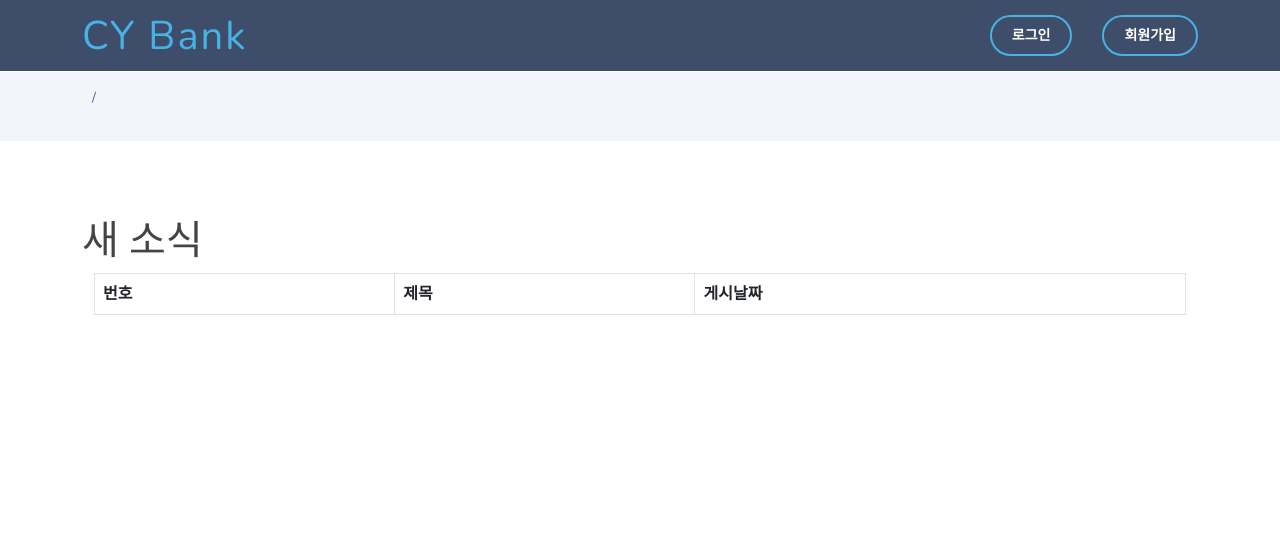
Repository: scy0814/Spring
Page: http://localhost/CYBank/jsp/notice/Notice.jsp
The author's editor kept a copy of each file at every save. The page is drawn from the files as they stood at one save, then again after the next save.
The browser window is 1280 px wide. The pictures show the whole page.
The page is served by Tomcat 9. Other server files are loaded and not shown.

Above is the page before, as saved 2023-06-26 13:04:22.

### CYBank/src/main/webapp/jsp/notice/Notice.jsp
<%@ page language="java" contentType="text/html; charset=UTF-8"
    pageEncoding="UTF-8"%>
    <%@ taglib uri="http://java.sun.com/jsp/jstl/core" prefix="c"%>
<!DOCTYPE html>
<html>
<head>
<meta charset="UTF-8">

 <!-- Favicons -->
  <link href="assets/img/favicon.png" rel="icon">
  <link href="assets/img/apple-touch-icon.png" rel="apple-touch-icon">

  <!-- Google Fonts -->
  <link href="https://fonts.googleapis.com/css?family=Open+Sans:300,300i,400,400i,600,600i,700,700i|Nunito:300,300i,400,400i,600,600i,700,700i|Poppins:300,300i,400,400i,500,500i,600,600i,700,700i" rel="stylesheet">

  <!-- Vendor CSS Files -->
  <link href="/CYBank/css/vendor/aos/aos.css" rel="stylesheet">
  <link href="/CYBank/css/vendor/bootstrap/css/bootstrap.min.css" rel="stylesheet">
  <link href="/CYBank/css/vendor/bootstrap-icons/bootstrap-icons.css" rel="stylesheet">
  <link href="/CYBank/css/vendor/glightbox/css/glightbox.min.css" rel="stylesheet">
  <link href="/CYBank/css/vendor/remixicon/remixicon.css" rel="stylesheet">
  <link href="/CYBank/css/vendor/swiper/swiper-bundle.min.css" rel="stylesheet">

  <!-- Template Main CSS File -->
  <link href="/CYBank/css/css/style.css" rel="stylesheet">
<title>Insert title here</title>

</head>

<body>
<header>
<jsp:include page="/jsp/include/header.jsp" />
</header>
 <section id="breadcrumbs" class="breadcrumbs">
      <div class="container">

        <ol>
          <li><a href="index.html"></a></li>
          <li></li>
        </ol>
        <h2></h2>

      </div>
    </section><!-- End Breadcrumbs -->

    <section class="inner-page">
      <div class="container">
        <p>



<h1 class="new" >새 소식</h1>
 <div class="container">
        <table class="table table-striped table-bordered">
            <thead class="thead-light">
                <tr>
                    <th>번호</th>
                    <th>제목</th>
                    <th>게시날짜</th>
                </tr>
            </thead>
            <tbody>
                <c:forEach var="notice" items="${noticeList}">
                    <tr>
                        <td>${notice.n_no}</td>
                        <td><a href="${pageContext.request.contextPath}/getNotice.do?n_no=${notice.n_no}">${notice.n_title}</a></td>
                        <td>${notice.n_date}</td>
                    </tr>
                </c:forEach>
            </tbody>
        </table>
        <br/>
    </div>
    </div>
    </section>
     <!-- Vendor JS Files -->
  <script src="/CYBank/css/vendor/purecounter/purecounter_vanilla.js"></script>
  <script src="/CYBank/css/vendor/aos/aos.js"></script>
  <script src="/CYBank/css/vendor/bootstrap/js/bootstrap.bundle.min.js"></script>
  <script src="/CYBank/css/vendor/glightbox/js/glightbox.min.js"></script>
  <script src="/CYBank/css/vendor/isotope-layout/isotope.pkgd.min.js"></script>
  <script src="/CYBank/css/vendor/swiper/swiper-bundle.min.js"></script>
  <script src="/CYBank/css/vendor/php-email-form/validate.js"></script>

  <!-- Template Main JS File -->
  <script src="/CYBank/css/js/main.js"></script>
</body>
</html>

### CYBank/src/main/webapp/jsp/include/header.jsp
<%@ page language="java" contentType="text/html; charset=UTF-8"
    pageEncoding="UTF-8"%>
    <%@ taglib prefix="c" uri="http://java.sun.com/jsp/jstl/core"%>
<!DOCTYPE html>
<html>
<head>
<meta charset="UTF-8">
 <!-- Favicons -->
  <link href="assets/img/favicon.png" rel="icon">
  <link href="assets/img/apple-touch-icon.png" rel="apple-touch-icon">


  <!-- Google Fonts -->
  <link href="https://fonts.googleapis.com/css?family=Open+Sans:300,300i,400,400i,600,600i,700,700i|Nunito:300,300i,400,400i,600,600i,700,700i|Poppins:300,300i,400,400i,500,500i,600,600i,700,700i" rel="stylesheet">

  <!-- Vendor CSS Files -->
  <link href="/CYBank/css/vendor/aos/aos.css" rel="stylesheet">
  <link href="/CYBank/css/vendor/bootstrap/css/bootstrap.min.css" rel="stylesheet">
  <link href="/CYBank/css/vendor/bootstrap-icons/bootstrap-icons.css" rel="stylesheet">
  <link href="/CYBank/css/vendor/glightbox/css/glightbox.min.css" rel="stylesheet">
  <link href="/CYBank/css/vendor/remixicon/remixicon.css" rel="stylesheet">
  <link href="/CYBank/css/vendor/swiper/swiper-bundle.min.css" rel="stylesheet">

  <!-- Template Main CSS File -->
  <link href="/CYBank/css/css/style.css" rel="stylesheet">
  <style>
  .fixed-top {
    position: fixed;
    z-index: 1030;
    background: #283a5ae6;
    top: 0;
    right: 0;
    left: 0;
}
  </style>

<title>Insert title here</title>
</head>
<body>
<!-- ======= Header ======= -->
  <header id="header" class="header fixed-top">
    <div class="container-fluid container-xl d-flex align-items-center justify-content-between">

      <a href="index.jsp" class="logo d-flex align-items-center">
        <span class="cybank">CY Bank</span>
      </a>
		<c:set var="isLogin" value="${empty user }" />
      <nav id="navbar" class="navbar">
        <ul>
        <c:if test="${not empty user}">
          <li><a class="nav-link scrollto active" href="index.jsp">홈</a></li>
          <li><a class="nav-link scrollto" href="${pageContext.request.contextPath }/noticeList.do">공지사항</a></li>
          <li><a class="nav-link scrollto" href="#about">오픈뱅킹</a></li>
           <li class="dropdown"><a href="${pageContext.request.contextPath }/account.do"><span>계좌</span> <i class="bi bi-chevron-down"></i></a>
            <ul>
              <li><a href="${pageContext.request.contextPath}/account.do">나의 계좌</a></li>
              <li><a href="${pageContext.request.contextPath}/createAccount.do">계좌 개설</a></li>
              <li><a href="${pageContext.request.contextPath}/transactionHistory.do">입출금 내역</a></li>
              <li><a href="${pageContext.request.contextPath}/closeAccount.do">계좌 해지</a></li>
            </ul>
          </li>
          <li><a class="nav-link scrollto" href="${pageContext.request.contextPath }/myPage.do">마이페이지</a></li>
          <li><a class="nav-link scrollto" href="${pageContext.request.contextPath }/customerCenter.do">고객센터</a></li>
          <li><a class="nav-link scrollto" href="${pageContext.request.contextPath }/logout.do">로그아웃</a></li>
          </c:if>
		<c:if test="${empty user}">
          <li><a class="getstarted scrollto" href="${pageContext.request.contextPath }/login.do">로그인</a></li>
          <li><a class="getstarted scrollto" href="${pageContext.request.contextPath }/signup.do">회원가입</a></li>
          </c:if>
        </ul>
        <i class="bi bi-list mobile-nav-toggle"></i>
      </nav><!-- .navbar -->

    </div>
  </header><!-- End Header -->
  <!-- Vendor JS Files -->
  <script src="/CYBank/css/vendor/purecounter/purecounter_vanilla.js"></script>
  <script src="/CYBank/css/vendor/aos/aos.js"></script>
  <script src="/CYBank/css/vendor/bootstrap/js/bootstrap.bundle.min.js"></script>
  <script src="/CYBank/css/vendor/glightbox/js/glightbox.min.js"></script>
  <script src="/CYBank/css/vendor/isotope-layout/isotope.pkgd.min.js"></script>
  <script src="/CYBank/css/vendor/swiper/swiper-bundle.min.js"></script>
  <script src="/CYBank/css/vendor/php-email-form/validate.js"></script>

  <!-- Template Main JS File -->
  <script src="/CYBank/css/js/main.js"></script>

</body>
</html>

Loaded but not shown: CYBank/src/main/webapp/css/js/main.js (258 lines, source omitted); CYBank/src/main/webapp/css/css/style.css (1830 lines, source omitted)

After the next save:
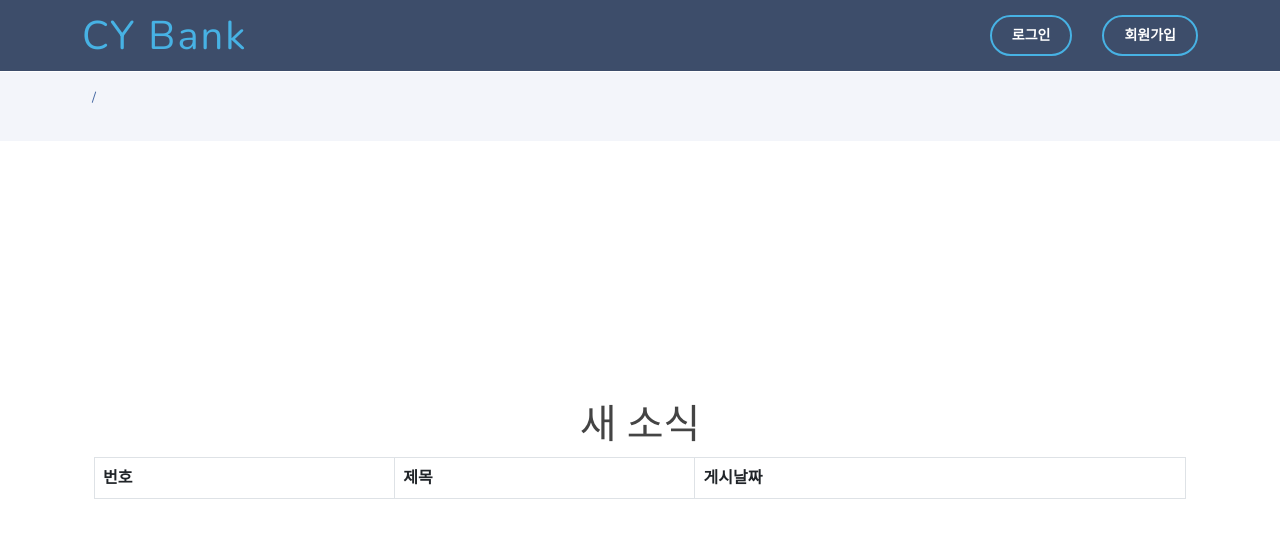
Saved 11 h 58 min later.
--- a/CYBank/src/main/webapp/jsp/notice/Notice.jsp
+++ b/CYBank/src/main/webapp/jsp/notice/Notice.jsp
@@ -49,7 +49,7 @@
 
 
 
-<h1 class="new" >새 소식</h1>
+<h1 class="text-center" style="margin-top: 200px;">새 소식</h1>
  <div class="container">
         <table class="table table-striped table-bordered">
             <thead class="thead-light">
